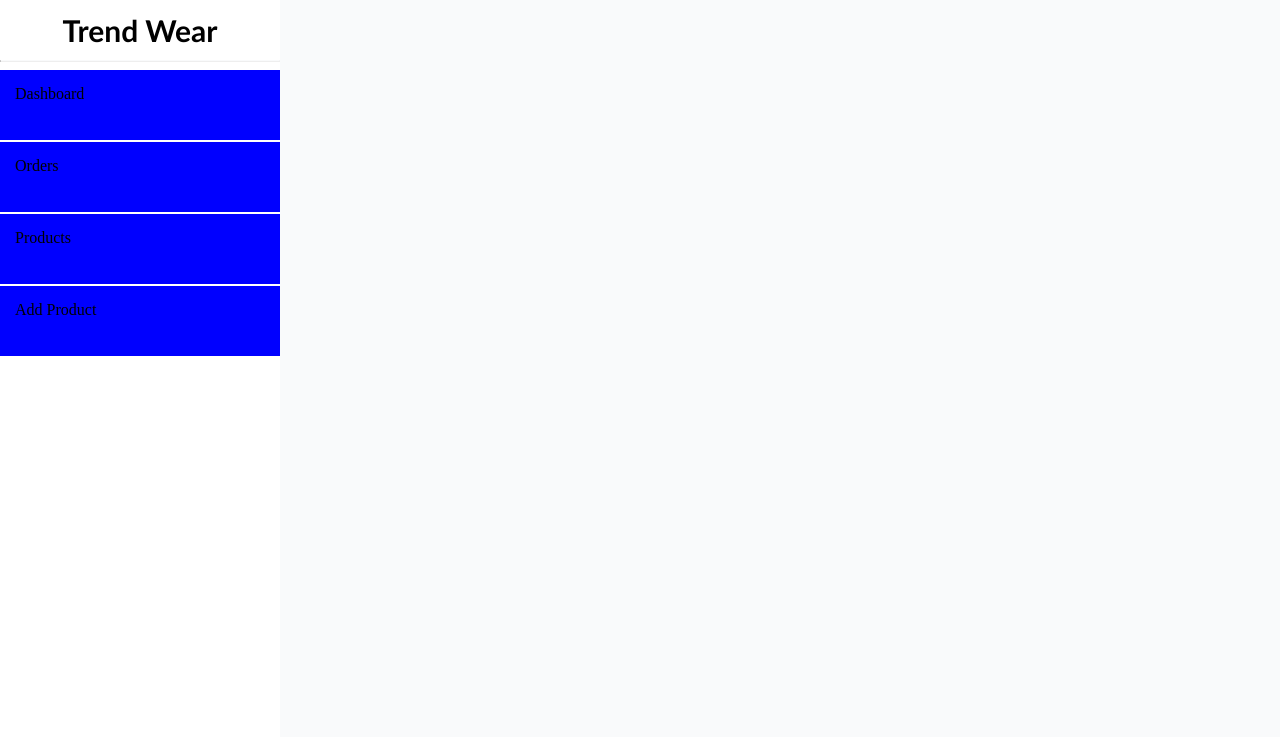
Repository: ahmad-dev7/TrendWear
Page: / (app in trend_wear_dashboard/)
An editor plug-in stored every save of this project. The page is shown before and after the next save, followed by the edit.
The browser window is 1280 px wide. The pictures show the whole page.
The project was rebuilt for these pictures with package versions that can differ from the ones it lists, and the page was loaded fresh each time. Also part of the build but not shown: trend_wear_dashboard/vite.config.ts.

Above is the page before, as saved 2025-01-19 13:52:27.

After the next save:
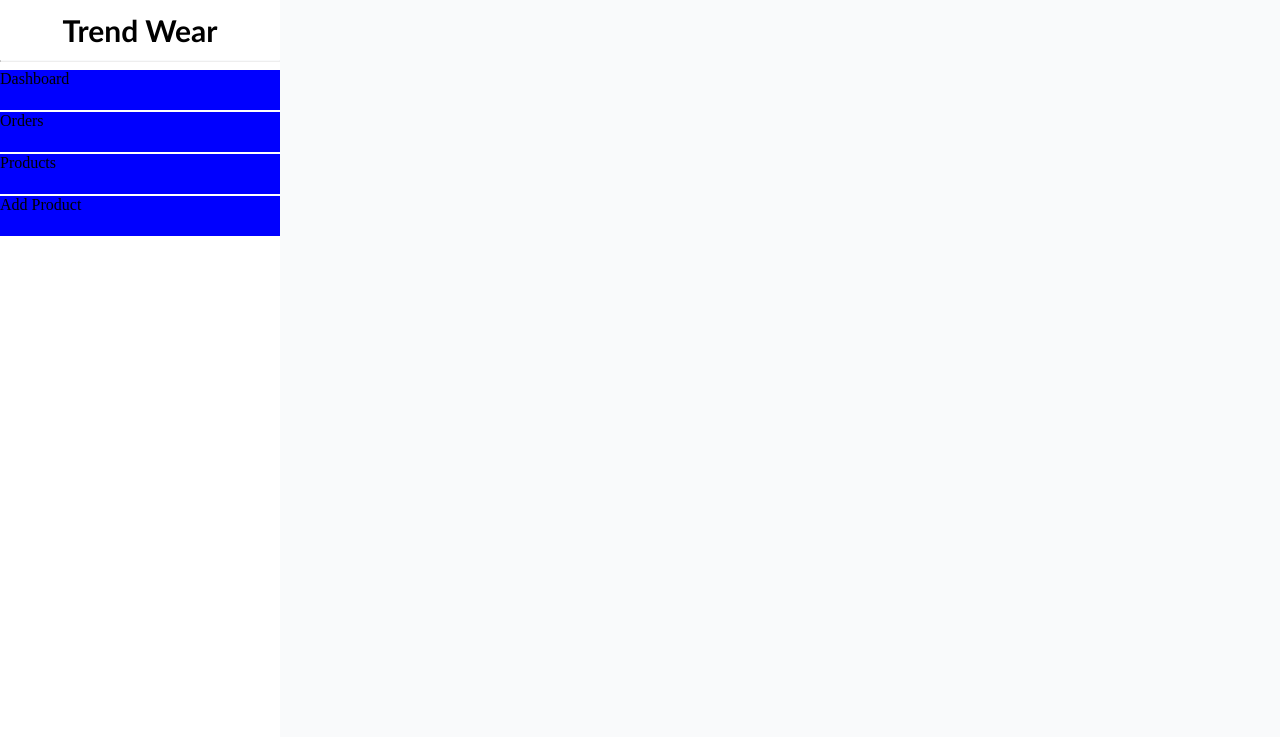
Saved 15 s later.
--- a/trend_wear_dashboard/src/Sidebar/sidebar.css
+++ b/trend_wear_dashboard/src/Sidebar/sidebar.css
@@ -31,7 +31,7 @@
 #sidebar-content .tab {
     height: 40px;
     margin-bottom: 2px;
-    padding: 15px;
+    padding-bottom: 0px;
     background-color: blue;
 
 
